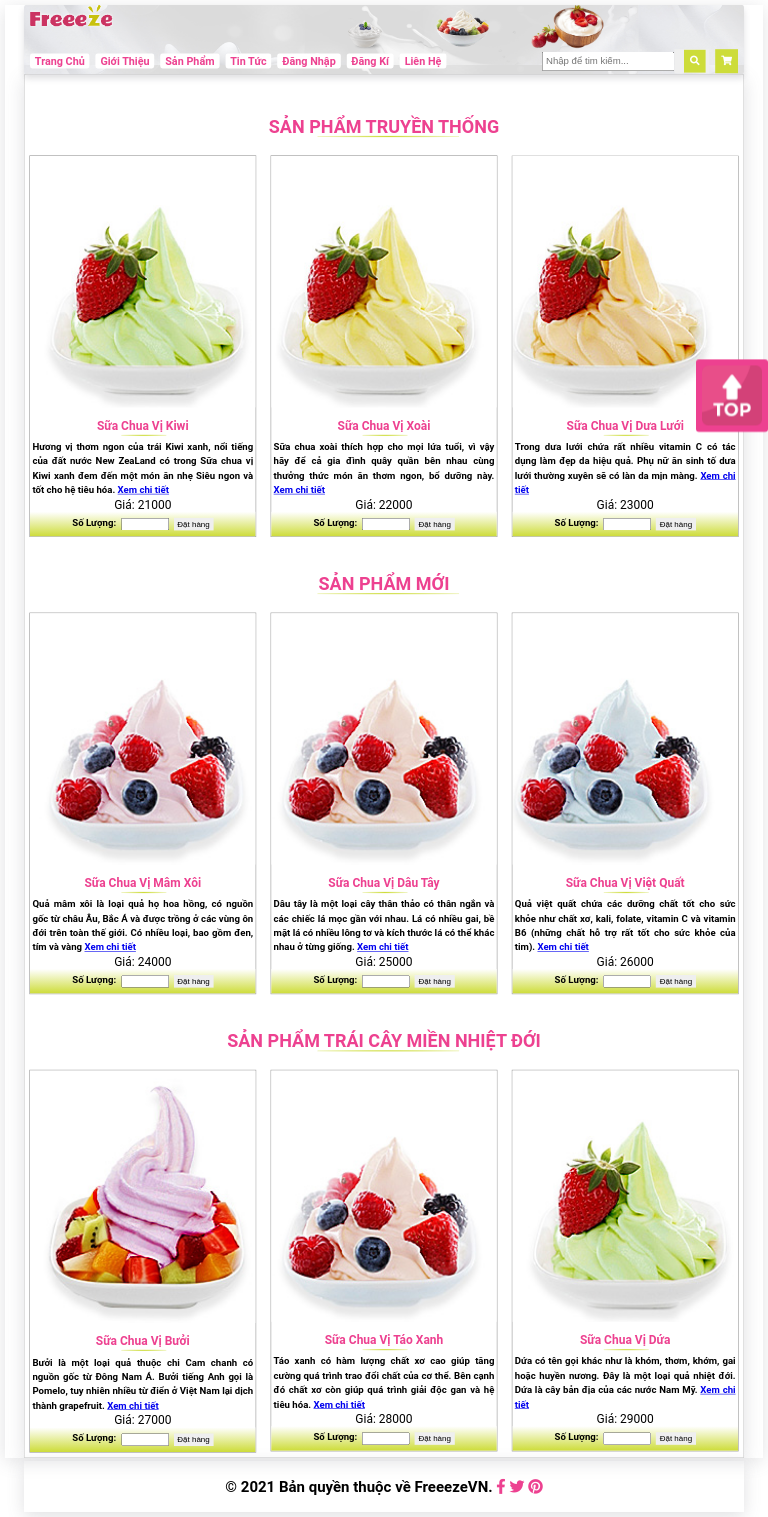
Repository: minh352623/lab1
Page: sanpham.html
The author's editor kept a copy of each file at every save. The page is drawn from the files as they stood at one save, then again after a run of saves.
The browser window is 1280 px wide. The pictures show the whole page, at 60% of full size.

Above is the page before, as saved 2022-03-12 23:41:50.

### sanpham.html
<!DOCTYPE html>
<html lang="en">

<head>
    <meta charset="UTF-8">
    <meta http-equiv="X-UA-Compatible" content="IE=edge">
    <meta name="viewport" content="width=device-width, initial-scale=1.0">
    <link rel="shortcut icon" href="./images/favicon.ico" type="image/x-icon">
    <link rel="stylesheet" href="https://cdnjs.cloudflare.com/ajax/libs/font-awesome/5.15.4/css/all.min.css" integrity="sha512-1ycn6IcaQQ40/MKBW2W4Rhis/DbILU74C1vSrLJxCq57o941Ym01SwNsOMqvEBFlcgUa6xLiPY/NS5R+E6ztJQ==" crossorigin="anonymous" referrerpolicy="no-referrer" />


    <link rel="stylesheet" href="./assets/base.css">
    <link rel="stylesheet" href="./assets/grid.css">
    <link rel="stylesheet" href="./assets/main.css">
    <link rel="stylesheet" href="./assets/sanpham.css">
    <link rel="stylesheet" href="./assets/responsive.css">
    <link rel="shortcut icon" href="./assets/images/favicon.ico">
    <title>Sản Phẩm</title>
</head>

<body>
    <div class="app">
        <!-- header -->
        <div class="header">
            <div class="grid wide">
                <div class="header__backrgoud">

                    <a href="index.html" class="header__logo">
                        <img src="./assets/images/logo.png" alt="">
                    </a>
                    <div class="header__three-img">

                        <a href="#" class="header__img img1">
                            <img src="./assets/images/header-img1.png" alt="hinh1">
                        </a>
                        <a href="#" class="header__img img2">
                            <img src="./assets/images/header-img2.png" alt="hinh2">
                        </a>
                        <a href="#" class="header__img img3">
                            <img src="./assets/images/header-img3.png" alt="hinh3">
                        </a>
                    </div>

                    <div class="header-navbar">
                        <div class="header-navbar__left">
                            <ul  class="header__list">
                                <li class="header__item">
                                    <a href="./index.html" class="header__item-link">Trang Chủ</a>

                                </li>
                                <li class="header__item">
                                    <a href="./gioithieu.html" class="header__item-link">Giới Thiệu </a>

                                </li>
                                <li class="header__item">
                                    <a href="./sanpham.html" class="header__item-link">Sản Phẩm</a>

                                </li>
                                <li class="header__item">
                                    <a href="./tintuc.html" class="header__item-link">Tin Tức</a>

                                </li>
                                <li class="header__item">
                                    <a href="./dangnhap.html" class="header__item-link">Đăng Nhập</a>

                                </li>
                                <li class="header__item">
                                    <a href="./dangky.html" class="header__item-link">Đăng Kí</a>

                                </li>
                                <li class="header__item">
                                    <a href="./lienhe.html" class="header__item-link">Liên Hệ</a>

                                </li>


                            </ul>
                        </div>

                        <form action="timkiem.html" class="header-navbar__right form-search" >
                            <div class="header-input">
                                <input type="text" class="input-search" submit placeholder="Nhập để tim kiếm...">
                            </div>
                            <div class="header-icon">
                                <button type="submit">

                                    <a href="#" class="header-icon__search">
                                        <i class="fas fa-search"></i>

                                    </a>
                                </button>
                                <a class="header-icon__cart">
                                    <i class="fas fa-shopping-cart"></i>
                                </a>
                            </div>
                        </form>
                    </div>
                </div>
            </div>

        </div>


        <!-- main -->
        <div class="main">
            <div class="grid wide">
                <div class="container">


                    <div class="product">
                        <h1 class="product__title product__header-center">Sản Phẩm Truyền Thống</h1>
                        <div class="row">

                            <div class="col l-4">

                            </div>
                            <div class="col l-4">

                            </div>
                            <div class="col l-4 overflow">

                            </div>
                        </div>

                    </div>
                    <div class="product">
                        <h1 class="product__title product__header-center">SẢN PHẨM MỚI
                        </h1>
                        <div class="row">

                            <div class="col l-4">

                            </div>
                            <div class="col l-4">

                            </div>
                            <div class="col l-4">

                            </div>
                        </div>

                    </div>
                    <div class="product">
                        <h1 class="product__title product__header-center">SẢN PHẨM TRÁI CÂY MIỀN NHIỆT ĐỚI
                        </h1>
                        <div class="row">

                            <div class="col l-4">

                            </div>
                            <div class="col l-4">



                            </div>

                            <div class="col l-4">

                            </div>
                        </div>

                    </div>
                </div>


            </div>


        </div>

    </div>


    <!-- footer -->
    <div class="footer">
        <div class="grid wide">
            <div class="license">
                <span>© 2021 Bản quyền thuộc về FreeezeVN.</span>
                <a href="">

                    <i class="fab fa-facebook-f"></i>
                </a>
                <a href="">

                    <i class="fab fa-twitter"></i>
                </a>
                <a href="">

                    <i class="fab fa-pinterest"></i>
                </a>
            </div>
            <a href="#" class="scoll">

                <img src="./assets/images/top.png" alt="">
            </a>
        </div>

    </div>

    </div>
    <script src="./js/sanpham.js"></script>
    <script src="./js/app.js"></script>

</body>

</html>

### assets/base.css
:root {
    --white-color:#fff;
    --black-color:#000;
    --text-color:#333;
    --text-color-header:#ed4190;
    --header-height:40px;
    --header-height-main:50px;
}

*{
    box-sizing: inherit;
}
.app {
    overflow: hidden;
}
html {
    font-size: 62.5%;
    line-height: 1.6rem;
    font-family: 'Roboto', sans-serif;
    box-sizing: border-box;


}

.btn {
    min-width: 124px;
    height: 34px;
    text-decoration: none;
    border: none;
    font-size: 1.5rem;
    cursor: pointer;
    color: var(--text-color);

    display: flex;
    justify-content: center;
    align-items: center;
    padding: 0 12px;
    background-color: var(--white-color);
    line-height: 1.6rem;
    outline: none;
}
.btn--size-s {
    height: 32px;
    font-size: 1.2rem;
}
.btn.btn--nomal-hover:hover {
    background-color: rgba(0, 0, 0,0.2);
}

.btn.btn--primary {
    background-color: var(--primary-color);
    color: var(--white-color);
}

.btn.btn--disabled {
    cursor: default;
    background-color: #c3c3c3;
    color: #949494;
}

### assets/main.css

html{
    scroll-behavior: smooth;
}
.app{
    position: relative;
    box-shadow: rgba(100, 100, 111, 0.2) 0px 7px 29px 0px;
}
button{
    border: none;
}
.header.is-fixed {
    position: fixed;
    top: 0;
    left: 0;
    width: 100%;
    z-index: 100;
    animation: fade 0.25s forwards 1;
  }
.header__backrgoud {
    background-image: url('./images/header.png');
    border-radius: 5px;
    padding: 0 10px;
    /* height:10rem; */
    overflow: hidden;
    display: block;
    position: relative;
    box-shadow: rgba(100, 100, 111, 0.2) 0px 7px 10px 0px;
}

.header__logo {
    display: inline-block;
}

.header__three-img {
    position: absolute;
    top: 0;
    left: 20%;
    width: 80%;



}

.header__img {
    display: inline-block;



}

.img1 {
    position: absolute;
    animation: img1 ease 1s;
    left: 30%;
    top: 2%;

}

.img2 {
    position: absolute;
    animation: img2 ease 1s;
    left: 45%;
    top: 2%;

}

.img3 {
    position: absolute;
    animation: img3 ease 1s;
    left: 63%;
    top: 2%;

}

@keyframes img1 {
    0% {
        left: 100%;
    }

    100% {
        left: 20%
    }
}

@keyframes img2 {
    0% {
        left: 100%;
    }

    100% {
        left: 40%
    }
}

@keyframes img3 {
    0% {
        left: 100%;
    }

    100% {
        left: 60%
    }
}

.header__img img {
    height: 80px;
}


.header-navbar {

    display: flex;
    justify-content: space-between;
    margin-top: 30px;
}

.header-navbar__left {
    display: flex;
    align-items: center;

}

.header__list {
    padding: 0;
    list-style: none;
    display: flex;

}

.header__item+.header__item {
    margin-left: 10px;
}

.header__item {

    background-color: var(--white-color);
    border-radius: 4px;
}
.header__item:hover a{
    color: var(--white-color);
    background-color: var(--text-color-header);
    border-radius: 4px;

}

.header__item-link {
    width: 100%;
    padding: 0 8px;
    line-height: 1.4;
    font-size: 1.8rem;
    font-weight: 600;
    display: block;
    text-decoration: none;
    color: var(--text-color-header)
}

.header-navbar__right {
    display: flex;


    align-items: center;

}

.header-input input {
    font-size: 1.6rem;
    padding: 5px 5px;

}

.header-icon {
    display: flex;
}

.header-icon__cart,
.header-icon__search {
    display: block;
    font-size: 1.6rem;
    margin-left: 10px;
    padding: 10px;
    background-color: #cddc39;
    text-decoration: none;

}

.header-icon__cart i,
.header-icon__search i {
    align-items: center;
    text-align: center;
    color: var(--white-color)
}

/* main */
.container {
    box-shadow: rgba(100, 100, 111, 0.2) 0px 7px 29px 0px;
    border:1px solid #ccc;
    padding:8px;
}

.bg-home {
    /* width:100%; */
}

.bg-home img {
    width: 100%;
    object-fit: contain;
}

.product {
    padding-top:50px
}

.product__header-center {

    color: var(--text-color-header);
    font-size: 3rem;
    position: relative;

    text-align: center;
    display: flex;
    justify-content: center;

}

.product__header-center::after {
    content: '';
    position: absolute;
    background: radial-gradient(#cddc39, #fff);
    box-sizing: border-box;
    transform: skew(-12deg) translate(3%);
    height: 3px;
    width: 20%;
    bottom: -10px;
}

.product__title {
    font-size: 2rem;
    color: var(--text-color-header)
}

.product__img {

}
.product__img img{
    width: 100%;
    object-fit: contain;
}
.product__info p{
    line-height:1.5;
    width: 100%;
    margin-top: 0;
    font-size:1.8rem;
    color: var(--black-color);
    font-weight: 600;
}
.flex{
    display: flex;
    flex-direction: row-reverse
}
.product__header-center3{
    color: var(--text-color-header);
    font-size: 3rem;




}
.tutorial h2{
    color: var(--text-color-header);
    font-size:1.8rem;
}

.tutorial{
    font-size:1.6rem;
    line-height: 1.4;
    font-weight: 600;
}

.contact{
    border:1px solid var(--text-color-header);
    padding:10px 0;
    text-align:center;
}
.contact__img{
    object-fit: contain;
    width: 40%;
}
.contact span {
    display: block;
    font-size:1.8rem;
    font-weight: 600;
    padding-top: 10px;
}

/* footer */

.license{
    font-size:2.5rem;
    font-weight: 600;
    display: block;
    padding: 30px 50px;
    margin-top: 5px;
    text-align:center;
    box-shadow: rgba(100, 100, 111, 0.2) 0px 7px 29px 0px;
}
.license a{
    text-decoration:none;
    color: var(--text-color-header)
}

.scoll{
    font-size:2rem;
    position:fixed;
    background:var(--text-color-header);
    display:block;
    text-decoration: none;
    padding:10px;
    bottom:0;
    right: 0;
    border-radius:5px;
}
.scoll img{
    width: 100%;
    object-fit: contain;
    width:100px;
    height: 100px;
}
.price{
    font-size:2rem;
    margin:16px 0;

}

### assets/sanpham.css
.product{
    /* border: 1px solid #333; */
}
.overflow{
    overflow: hidden;
}

.product__title{
    text-transform:uppercase;
    font-size: 3rem !important;
    text-align: center;
    margin-bottom: 40px;
}
.product-child{
    border: 1px solid #999;

    overflow: hidden;

}
.product__header-center{
    text-align: center;
    font-size:2rem;
    height:10%;
}
.product__header{

    height:60%;
}
.product__img{
    height:40%;
    position: relative;
}
.product__img img{
    max-height:100%;
    object-fit: cover;
}
.product__info {
    height:90%;
    text-align: center;
}
.product__info p {
    height:60%;
    font-size:1.6rem;
    height:30%;
    text-align: justify;
    padding:0 4px;
    margin-bottom: 4px;
}

.product__info-oder {
    height:40%;
    display:flex;
    font-size:1.6rem;
    padding:10px 0;
    background-image:linear-gradient(  #fff,#cddc39);
    /* background-color:red; */
    justify-content:center;
}
.product__info-oder span{
    font-weight: 600;
}
.product__info-oder input{
    margin: 0 8px;
    width:80px
}
.product__img::after,
.product__img::before{
    content: "";
    position: absolute;
    display: block;
    top: 0;
    width: 0;
    bottom: 0;
    background-color: #333;
    opacity: 0.2;
    z-index: 1;
    transition: all ease 0.8s;
    -webkit-transition: all 0.4s ease;
}
.product__img:hover::after,
.product__img:hover::before{
    width:50%;
}
.product__img::after{
    right:0;
}
.product__img::before{
    left:0;
}

### assets/responsive.css
/* mobile and table  */

@media (max-width:1023px){




}


/* table  */

@media (min-width:740px) and (max-width:1023px ){







}


/* mobile */
@media (max-width:739px){




}

### js/sanpham.js
window.addEventListener("load",function(){

    const col = document.querySelectorAll(".col.l-4");



    const items =
    [

        {
            id:1,
            name:"Sữa Chua Vị Kiwi",
            title:"Hương vị thơm ngon của trái Kiwi xanh, nổi tiếng của đất nước New ZeaLand có trong Sữa chua vị Kiwi xanh đem đến một món ăn nhẹ Siêu ngon và tốt cho hệ tiêu hóa.",
            price:21000,
            photo:"./assets/images/sanpham/kiwi.jpg",
        },
        {

            id:2,

            name:"Sữa Chua Vị Xoài",
            title:"Sữa chua xoài thích hợp cho mọi lứa tuổi, vì vậy hãy để cả gia đình quây quần bên nhau cùng thưởng thức món ăn thơm ngon, bổ dưỡng này.",
            price:22000,
            photo:"./assets/images/sanpham/mango.jpg",
        },
        {
            id:3,

            name:"Sữa Chua Vị Dưa Lưới",
            title:"Trong dưa lưới chứa rất nhiều vitamin C có tác dụng làm đẹp da hiệu quả. Phụ nữ ăn sinh tố dưa lưới thường xuyên sẽ có làn da mịn màng.",
            price:23000,
            photo:"./assets/images/sanpham/cantaloupe.jpg",
        },
        {
            id:4,

            name:"Sữa Chua Vị Mâm Xôi",
            title:"Quả mâm xôi là loại quả họ hoa hồng, có nguồn gốc từ châu Âu, Bắc Á và được trồng ở các vùng ôn đới trên toàn thế giới. Có nhiều loại, bao gồm đen, tím và vàng",
            price:24000,
            photo:"./assets/images/sanpham/blackberry.jpg",
        },
        {
            id:5,

            name:"Sữa Chua Vị Dâu Tây",
            title:"Dâu tây là một loại cây thân thảo có thân ngắn và các chiếc lá mọc gần với nhau. Lá có nhiều gai, bề mặt lá có nhiều lông tơ và kích thước lá có thể khác nhau ở từng giống.",
            price:25000,
            photo:"./assets/images/sanpham/strawberry.jpg",
        },
        {
            id:6,

            name:"Sữa Chua Vị Việt Quất",
            title:"Quả việt quất chứa các dưỡng chất tốt cho sức khỏe như chất xơ, kali, folate, vitamin C và vitamin B6 (những chất hỗ trợ rất tốt cho sức khỏe của tim).",
            price:26000,
            photo:"./assets/images/sanpham/blueberry.jpg",
        },
        {
            id:7,

            name:"Sữa Chua Vị Bưởi",
            title:"Bưởi là một loại quả thuộc chi Cam chanh có nguồn gốc từ Đông Nam Á. Bưởi tiếng Anh gọi là Pomelo, tuy nhiên nhiều từ điển ở Việt Nam lại dịch thành grapefruit.",
            price:27000,
            photo:"./assets/images/sanpham/grapes.jpg",
        },
        {
            id:8,

            name:"Sữa Chua Vị Táo Xanh",
            title:"Táo xanh có hàm lượng chất xơ cao giúp tăng cường quá trình trao đổi chất của cơ thể. Bên cạnh đó chất xơ còn giúp quá trình giải độc gan và hệ tiêu hóa.",
            price:28000,
            photo:"./assets/images/sanpham/strawberry.jpg",
        },
        {
            id:9,

            name:"Sữa Chua Vị Dứa",
            title:"Dứa có tên gọi khác như là khóm, thơm, khớm, gai hoặc huyền nương. Đây là một loại quả nhiệt đới. Dứa là cây bản địa của các nước Nam Mỹ.",
            price:29000,
            photo:"./assets/images/sanpham/kiwi.jpg",
        },
    ]
    function renderItem(item){
        const template = `
        <form class="product-child" data-id="${item.id}">

            <div class="product__img">
                <img src="${item.photo}" name="img"></img>
            </div>

            <div class="product__header">
                <h2 class="product__header-center" name="nameSp">
                    ${item.name}
                </h2>
            </div>


            <div class="product__info">
                <p>
                    <span name="title">${item.title}</span>
                    <a href="#">Xem chi tiết</a>
                </p>
                <span class="price" name="price">Giá: ${item.price}</span>
                <div class="product__info-oder">
                    <span>Số Lượng:</span>
                    <input type="text" name="soluong" class="number">
                    <button type="submit" class="submit">Đặt hàng</button>

                </div>

            </div>


        </form>

        `;
        return template;

    }
    // console.log(items[0]);
    for(let i = 0; i<col.length;i++){
        const item = items[i];
        col[i].insertAdjacentHTML("beforeend",renderItem(item))
    }


    //đăt Hàng
    for(let i = 0; i<col.length;i++){
        col[i].addEventListener("click",function(e){
            if(e.target.matches(".product-child")){
                e.preventDefault();
            }
            if(e.target.matches(".submit")){
                // console.log(e.target);
                e.preventDefault();
                const form = this.querySelector(".product-child");
                console.log(form);
                const img = form.querySelector(".product__img img").src;
                const name = form.querySelector(".product__header-center").textContent;
                const number = +form.querySelector(".number").value;
                const price = form.querySelector(".price").textContent;

                console.log(img,name,number,price);

            }
        })
    }



});

Loaded but not shown: js/app.js (47 lines, source omitted); assets/grid.css (644 lines, source omitted)

After the next 2 saves:
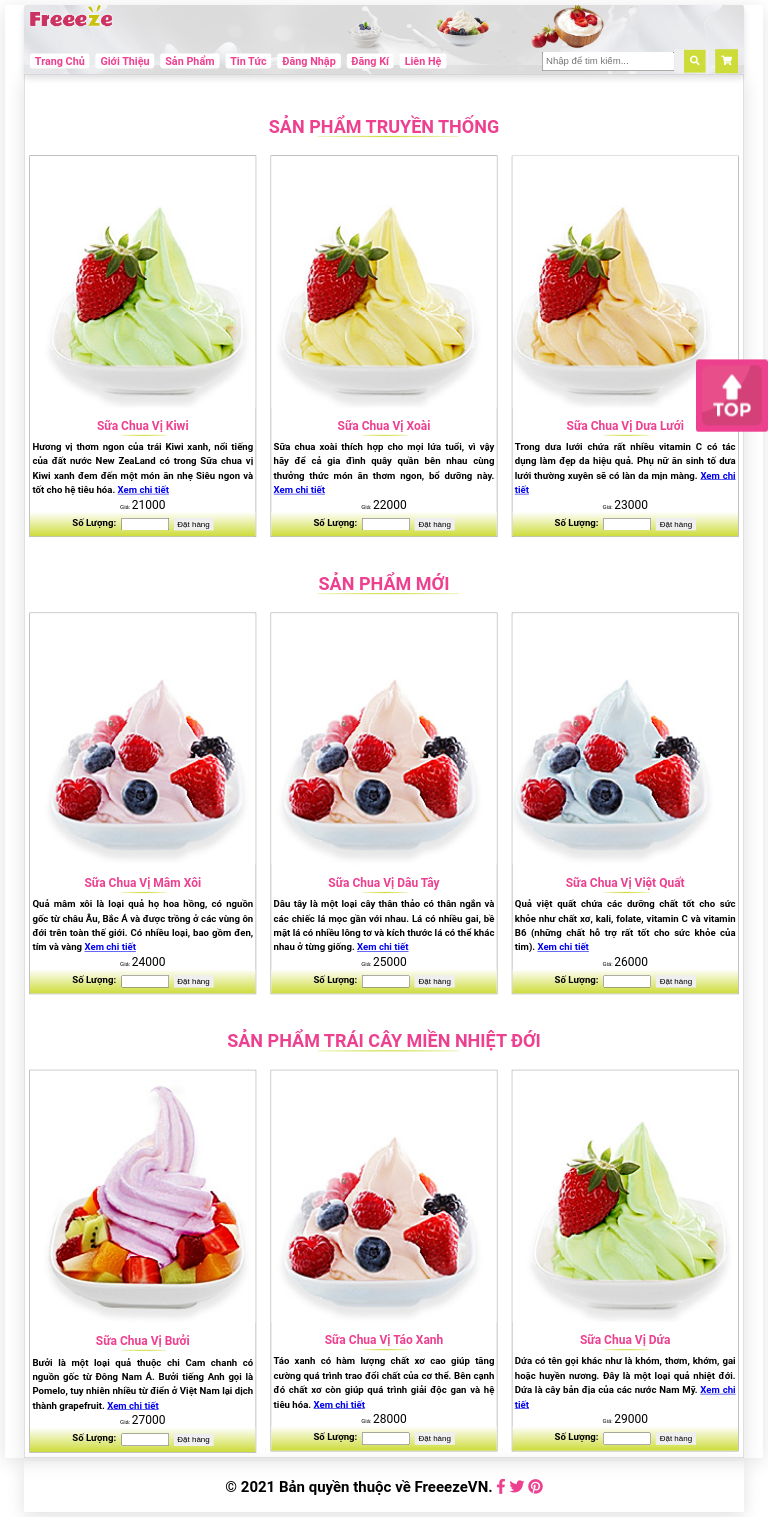
The 2 saves are shown as one change because they came seconds apart.
The last was saved 24 s later.
--- a/js/sanpham.js
+++ b/js/sanpham.js
@@ -100,7 +100,7 @@ window.addEventListener("load",function(){
                     <span name="title">${item.title}</span>
                     <a href="#">Xem chi tiết</a>
                 </p>
-                <span class="price" name="price">Giá: ${item.price}</span>
+                Giá: <span class="price" name="price">${item.price}</span>
                 <div class="product__info-oder">
                     <span>Số Lượng:</span>
                     <input type="text" name="soluong" class="number">
